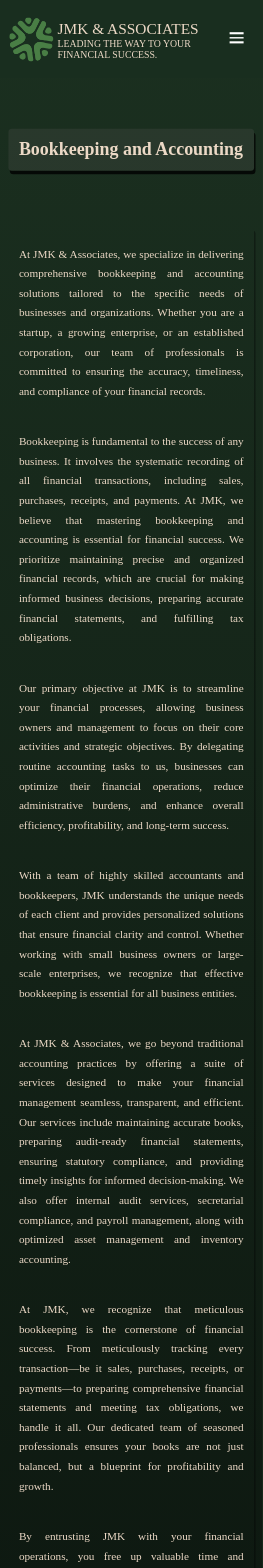
Repository: gama113/jmk
Page: movie/jmk.online/bookkeeping.html
These files come from the project's save history. The page is drawn as it stood at one moment and after the next save; the edit follows.
The browser window is 375 px wide. The pictures show the part of the page from y = 0 to 2240 px (the page is 3656 px tall before and 3653 px after), at 70% of full size.

Above is the page before, as saved 2025-03-22 18:52:27.

After the next save:
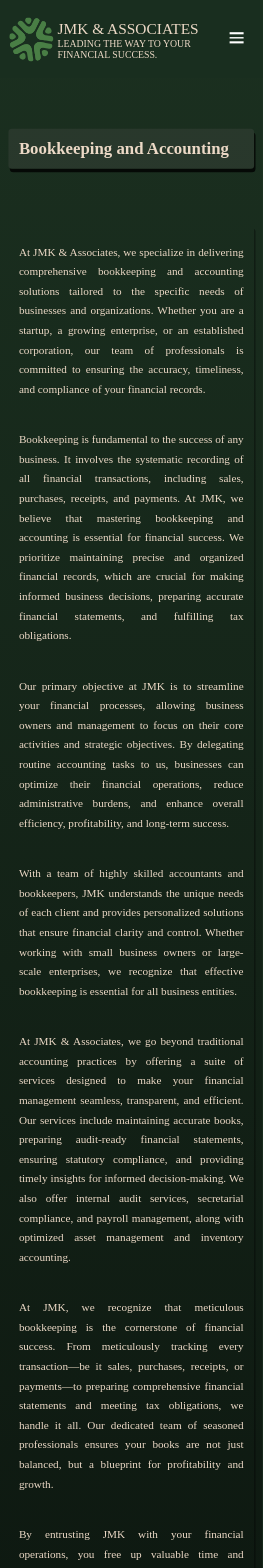
Saved 51 s later.
--- a/movie/jmk.online/service_queries.css
+++ b/movie/jmk.online/service_queries.css
@@ -481,7 +481,7 @@
 
 
   .h_2 {
-    font-size: 0.6rem;
+    font-size: 0.8rem;
   }
 
 
@@ -633,9 +633,9 @@
     margin-left: 16px;
   }
 
-  .h_1 {
+  /* .h_1 {
     font-size: 1.19rem;
-  }
+  } */
 
 
   .container {
@@ -670,9 +670,9 @@
     margin-right: 22px;
   }
 
-  .h_1 h1 {
+  /* .h_1 h1 {
     font-size: 1.6rem;
-  }
+  } */
 
   .h_2 h2 {
     font-size: 0.84rem;
